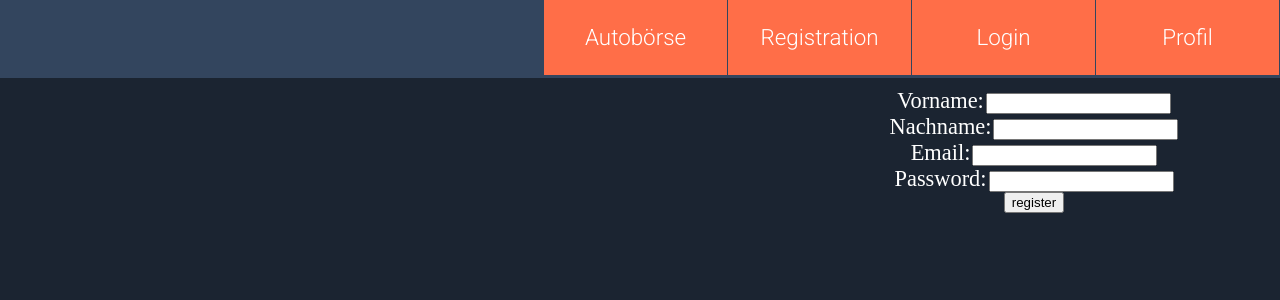
Repository: Turkelten/CarAdminstration
Page: http://localhost/Autobörse/registration.html
The author's editor kept a copy of each file at every save. The page is drawn from the files as they stood at one save, then again after the next save.
The browser window is 1280 px wide. The pictures show the whole page.
The page is served by Tomcat 9. Other server files are loaded and not shown.

Above is the page before, as saved 2020-07-18 18:36:27.

### Autobörse/WebContent/registration.html
<!DOCTYPE html>
<html>
<head>
	<meta name="viewport" content="width=device-width, initial-scale=1.0" charset="ISO-8859-1">
	<title>Autobörse</title>
	<link href="https://fonts.googleapis.com/css2?family=Roboto+Slab:wght@300&family=Roboto:wght@300&display=swap" rel="stylesheet">
	<link href="style.css" rel="stylesheet">
</head>
<body>
	<header>
		<nav id="normal">
			<ul>
			  	<li ><a href="index.html">Autobörse</a></li>
			  	<li ><a class="active" href="registration.html">Registration</a></li>
			  	<li ><a class="active" onclick="document.getElementById('id01').style.display='block'">Login</a></li>
			  	<li ><a class="active" href="userprofil.html">Profil</a>
			  		<ul>
			  			<li ><a onclick="document.getElementById('profildaten').style.display='block'">Daten</a></li>
				  		<li ><a onclick="">Inserat erstellen</a></li>
				  		<li ><a class="active" href="LogoutServlet">Logout</a></li>
			 		</ul>
			  	</li>
			</ul>
		</nav>

		<nav id="mobile">
			<div id="menu">Menü</div>
			<ul>
			  	<li ><a href="index.html">Autobörse</a></li>
			  	<li ><a class="active" href="registration.html">Registration</a></li>
			  	<li ><a class="active" onclick="document.getElementById('id01').style.display='block'">Login</a></li>
			  	<li ><a class="active" href="userprofil.html">Profil</a>
			  		<ul>
			  			<li ><a onclick="document.getElementById('profildaten').style.display='block'">Daten</a></li>
				  		<li ><a onclick="">Inserat erstellen</a></li>
				  		<li ><a class="active" href="LogoutServlet">Logout</a></li>
			 		</ul>
			  	</li>
			</ul>
		</nav>
	</header>

	<div class="page">
		<div class="registration">
			<form method="post" action="register">
				 	<a>Vorname:</a>		<input class="inputregister" type="text" name="firstname" /><br/>
			    	<a>Nachname:</a>	<input class="inputregister" type="text" name="lastname" 	/><br/>
					<a>Email:</a>		<input class="inputregister" type="text" name="email" 	/><br/>
			       	<a>Password:</a>	<input class="inputregister" type="password" name="pass" 	/><br/>
			       <input type="submit" value="register" />
		   	</form>
	   	</div>
   	</div>
</body>
</html>

### Autobörse/WebContent/style.css
body,
html {
  background: #1b2431;
  margin: 0;
  padding: 0;
  font-size: 100%;
  color: white;
}

@media screen and (max-width: 600px) {
  body,
  html {
    font-size: 48%;
  }
}

@media screen and (min-width: 600px) {
  body,
  html {
    font-size: 53%;
  }
}

@media screen and (min-width: 800px) {
  body,
  html {
    font-size: 57%;
  }
}

@media screen and (min-width: 1200px) {
  body,
  html {
    font-size: 70%;
  }
}

header {
  background: #33455e;
  position: fixed;
  top: 0;
  width: 100%;
  text-align: right;
  transition: 200ms all;
  height: 7rem;
}

header nav#normal {
  color: #c8354e;
  display: inline-block;
}

@media screen and (max-width: 800px) {
  header nav#normal {
    display: none;
  }
}

header nav#normal ul {
  margin: 0;
  padding: 0;
  transition: all 300ms;
  display: inline-block;
}

header nav#normal ul li {
  margin: 0;
  padding: 0;
  float: left;
  list-style: none;
  position: relative;
  transition: all 300ms;
}

header nav#normal ul li a {
  display: inline-block;
  padding: 2.17rem;
  float: left;
  min-width: 12rem;
  text-align: center;
  font-size: 2rem;
  color: #fff;
  margin: 0 1px 0 0;
  text-decoration: none;
  background: #ff6e48;
  font-weight: 300;
  transition: all 300ms;
  font-family: "Roboto", sans-serif;
}

header nav#normal ul li:hover > a {
  background: #d85d3c;
}

header nav#normal ul li ul {
  overflow: hidden;
  position: absolute;
  top: 100%;
  left: 0;
  width: 100%;
  transition: 300ms all;
  max-height: 0;
}

header nav#normal ul li ul li {
  border-bottom: 1px solid #8c1e31;
}

header nav#normal ul li:hover > ul {
  max-height: 700px;
}

header nav#mobile {
  color: #c8354e;
  display: none;
}

@media screen and (max-width: 800px) {
  header nav#mobile {
    display: block;
  }
}

header nav #menu {
  padding: 2.17rem 5% 2.17rem 5%;
  float: left;
  width: 90%;
  text-align: center;
  font-size: 2rem;
  color: #fff;
  cursor: pointer;
  font-weight: 300;
  transition: all 500ms;
  font-family: "Roboto", sans-serif;
}

header nav#mobile ul {
  width: 100%;
  margin: 0;
  padding: 0;
  max-height: 0;
  transition: all 500ms;
  overflow: hidden;
  float: left;
}

header nav#mobile:hover > ul {
  max-height: 800px;
}

header nav#mobile ul li {
  margin: 0;
  padding: 0;
  float: left;
  width: 100%;
  list-style: none;
  position: relative;
  transition: all 500ms;
}

header nav#mobile ul li a {
  display: inline-block;
  padding: 2.17rem 5% 2.17rem 5%;
  float: left;
  min-width: 12rem;
  width: 90%;
  text-align: center;
  font-size: 2rem;
  color: #fff;
  text-decoration: none;
  background: #c8354e;
  font-weight: 300;
  transition: all 500ms;
  font-family: "Roboto", sans-serif;
}

header nav#mobile ul li:hover > a {
  background: #8c1e31;
}

header nav#mobile ul li ul {
  width: 100%;
  transition: all 500ms;
  max-height: 0;
  overflow: hidden;
  float: left;
}

header nav#mobile ul li ul li {
  display: block;
  float: left;
  background: #8c1e31;
  transition: all 500ms;
}

header nav#mobile ul li ul li a {
  background: #8c1e31;
}

header nav#mobile ul li:hover > ul {
  max-height: 500px;
}

.page {
  	position:fixed;
    padding:0;
    margin:0;

    top:7rem;
    left:0;

    width: 100%;
    height: 100%;
}

.registration {
	text-align: center;
	margin-bottom: auto;
	padding: 10px;
	width: 100%;
    height: 100%;
    top: 10rem;
}

.registration form {
	text-align: center;
	margin-left: auto;
	width: 40%;
    height: 100%;
}

.registration a {
	font-size: 2rem;
	text-align: left;
}

After the next save:
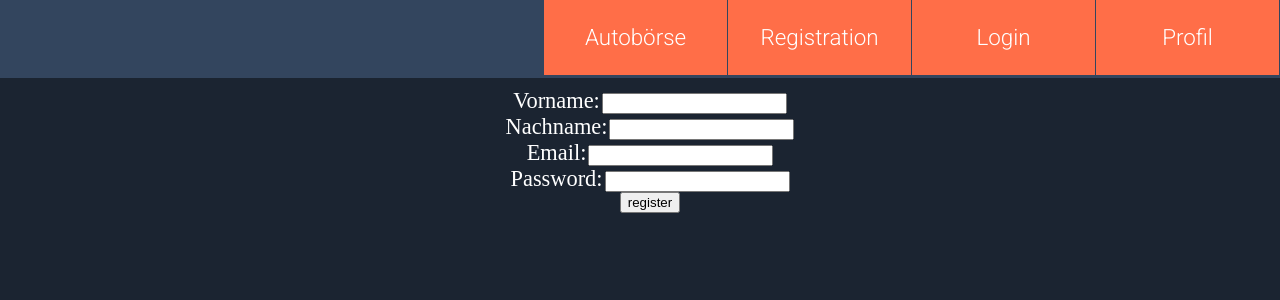
Saved 14 s later.
--- a/Autobörse/WebContent/style.css
+++ b/Autobörse/WebContent/style.css
@@ -225,6 +225,7 @@ header nav#mobile ul li:hover > ul {
 .registration form {
 	text-align: center;
 	margin-left: auto;
+	margin-right: auto;
 	width: 40%;
     height: 100%;
 }
